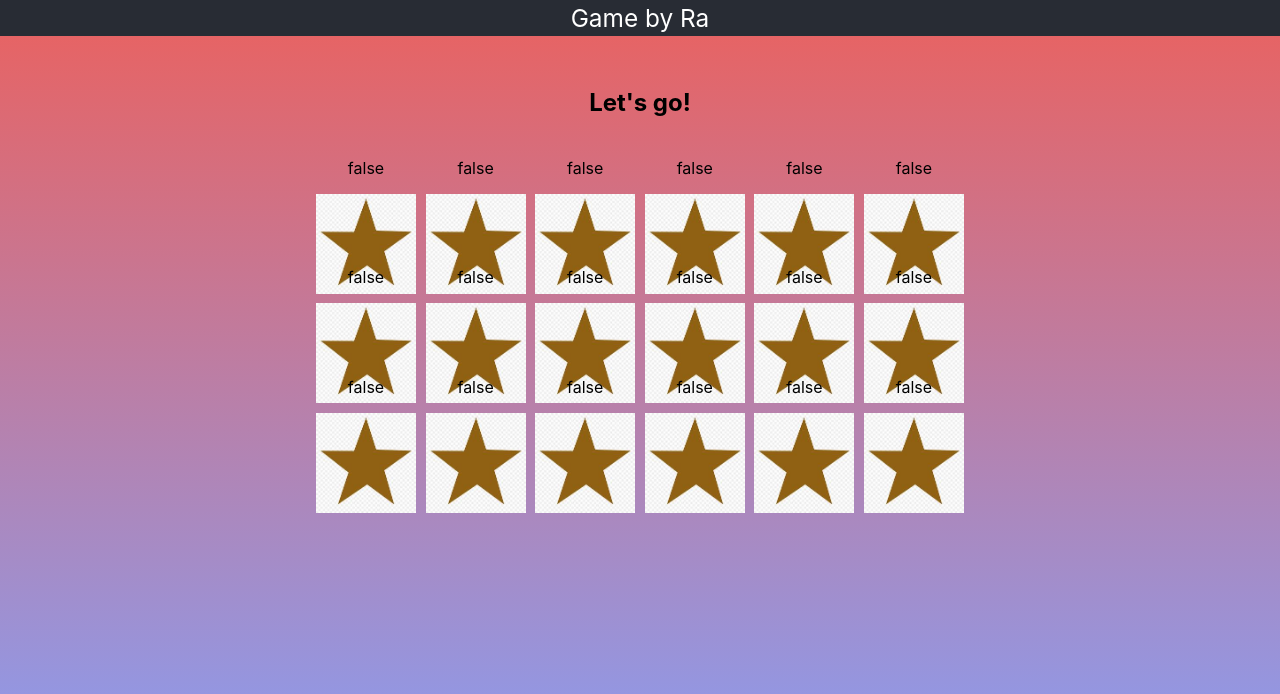
Repository: Sergioramasano/ramos-game
Page: /
The author's editor kept a copy of each file at every save. The page is drawn from the files as they stood at one save, then again after the next save.
The browser window is 1280 px wide. The pictures show the whole page.
The project was rebuilt for these pictures with package versions that can differ from the ones it lists, and the page was loaded fresh each time.

Above is the page before, as saved 2021-02-11 18:58:28.

### public/index.html
<!DOCTYPE html>
<html lang="en">
  <head>
    <meta charset="utf-8" />
    <link rel="icon" href="%PUBLIC_URL%/favicon.ico" />
    <meta name="viewport" content="width=device-width, initial-scale=1" />
    <meta name="theme-color" content="#000000" />
    <meta
      name="description"
      content="Web site created using create-react-app"
    />
    <link rel="apple-touch-icon" href="%PUBLIC_URL%/logo192.png" />
    <link rel="manifest" href="%PUBLIC_URL%/manifest.json" />
    <title>Game by Ra</title>
  </head>
  <body>
    <noscript>You need to enable JavaScript to run this app.</noscript>
    <div id="root"></div>
  </body>
</html>

### src/App.js
import "./App.css";
import GameBox from "./components/GameBox/GameBox";

const App = () => {
  return (
    <div className="App">
      <header className="App-header">Game by Ra</header>
      <GameBox></GameBox>
    </div>
  );
};

export default App;

### src/App.css
.App {
  text-align: center;
}

.App-header {
  background-color: #282c34;
  height: 5vh;
  display: flex;
  flex-direction: column;
  align-items: center;
  justify-content: center;
  font-size: calc(10px + 2vmin);
  color: white;
}

### src/components/GameBox/GameBox.js
import React, { useState, useEffect } from "react";
import Cards from "../Cards";
import styles from "./Gamebox.module.css";
import age from "../../images/age.jpeg";
import av from "../../images/av.jpeg";
import hq from "../../images/hq.png";
import hs from "../../images/hs.png";
import jq from "../../images/jq.jpg";
import lk from "../../images/lk.jpg";
import sm from "../../images/sm.jpg";
import smm from "../../images/smm.png";
import knight from "../../images/knight.png";
import star from "../../images/star.jpeg";

const GameBox = () => {
  const [imgUrl, setImgUrl] = useState(null);
  const [currentUrlIdx, setCurrentUrlIdx] = useState(null);

  let urls = [];
  urls = [age, av, hq, hs, jq, lk, sm, smm, knight];
  urls = [...urls, ...urls];
  urls = urls.map((url, idx) => {
    return { name: url, id: Math.random(), visible: false, idx };
  });

  if (imgUrl !== null) {
    urls[imgUrl].visible = true;
  }

  const setImg = (url) => {
    setImgUrl(url);
    setCurrentUrlIdx(url);
  };

  return (
    <main className={styles.gamebox}>
      <h2>Let's go!</h2>
      <section className={styles.wrap}>
        <Cards
          key={currentUrlIdx}
          urls={urls}
          styles={styles}
          setImg={setImg}
          star={star}
          currentUrlIdx={currentUrlIdx}
        ></Cards>
      </section>
    </main>
  );
};

export default GameBox;

### src/components/Cards.js
const Cards = (urls) => {
  return urls.urls.map((url) => {
    return (
      <div
        className={urls.styles.card}
        key={Math.random()}
        onClick={() => urls.setImg(url.idx)}
      >
        <p>{JSON.stringify(url.visible)}</p>
        {url.visible !== false ? (
          <img src={url.name} alt="avatar"></img>
        ) : (
          <img src={urls.star} alt="star"></img>
        )}
      </div>
    );
  });
};

export default Cards;

### src/components/GameBox/Gamebox.module.css
.gamebox {
  height: 95vh;
  background: linear-gradient(#e66465, #9198e5);
  padding: 2rem;
  box-sizing: border-box;
}

.wrap {
  margin: auto auto;
  max-width: 700px;
  height: auto;
  width: 100%;
  min-height: 300px;
  display: flex;
  flex-direction: row;
  justify-content: center;
  flex-wrap: wrap;
}

.card {
  display: block;
  width: 100px;
  height: 100px;
  margin: 0.3rem;
}

.card img {
  display: block;
  width: 100%;
  height: 100%;
}

Loaded but not shown: src/index.js (common file); src/index.css (common file)

After the next save:
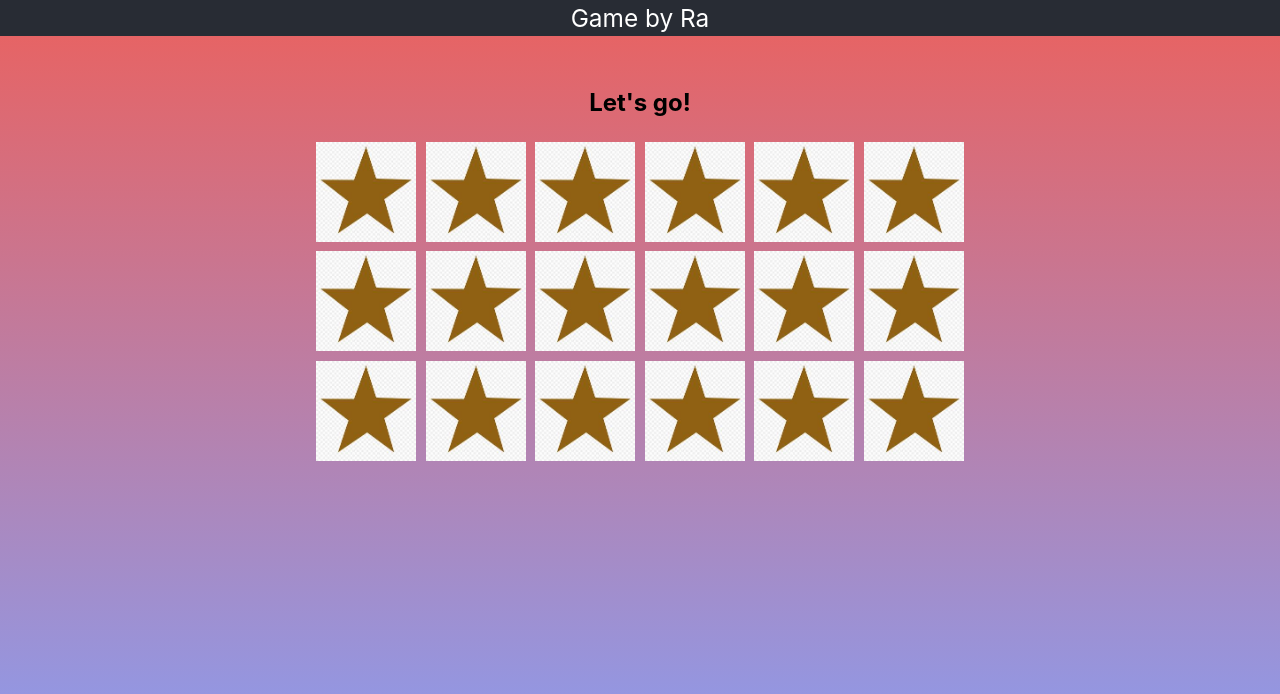
Saved 68 s later.
--- a/src/components/Cards.js
+++ b/src/components/Cards.js
@@ -6,7 +6,6 @@
         key={Math.random()}
         onClick={() => urls.setImg(url.idx)}
       >
-        <p>{JSON.stringify(url.visible)}</p>
         {url.visible !== false ? (
           <img src={url.name} alt="avatar"></img>
         ) : (
